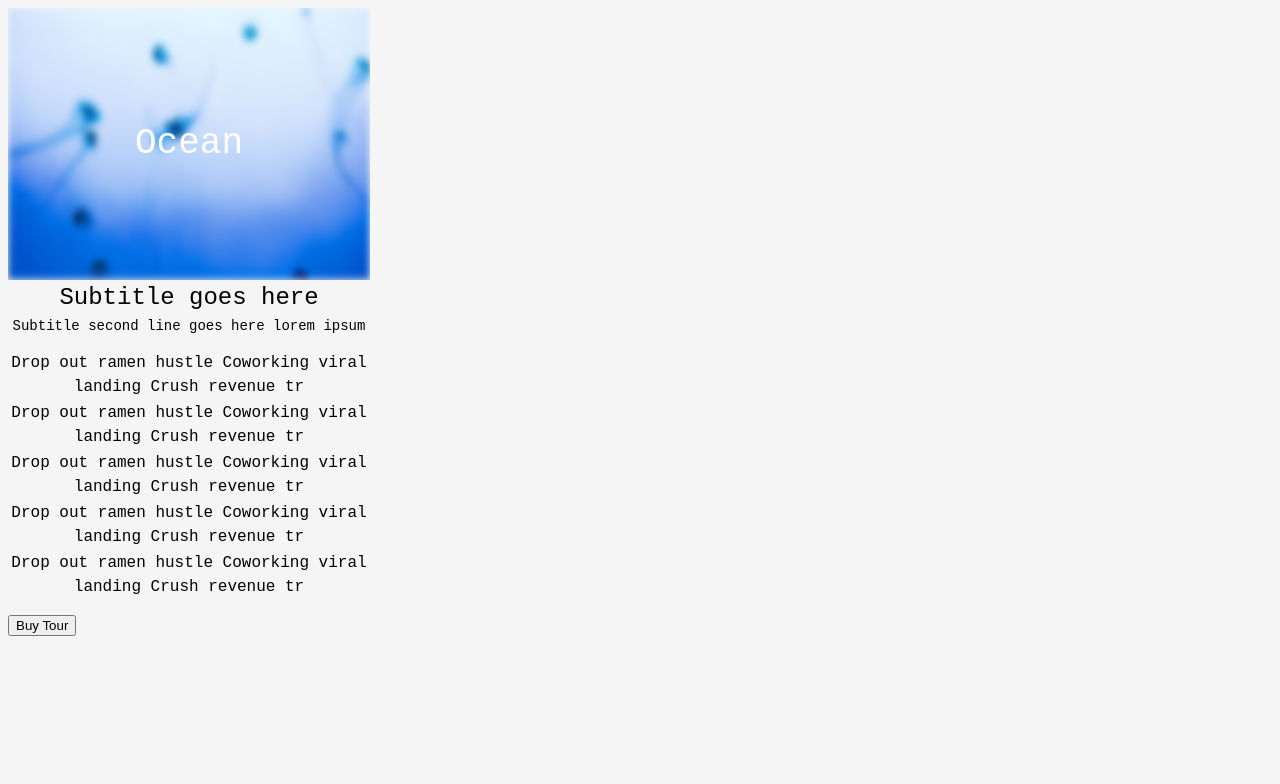
Repository: HoanTiny/pricetable
Page: index.html
The author's editor kept a copy of each file at every save. The page is drawn from the files as they stood at one save, then again after the next save.
The browser window is 1280 px wide. The pictures show the whole page.

Above is the page before, as saved 2022-07-04 10:10:18.

After the next save:
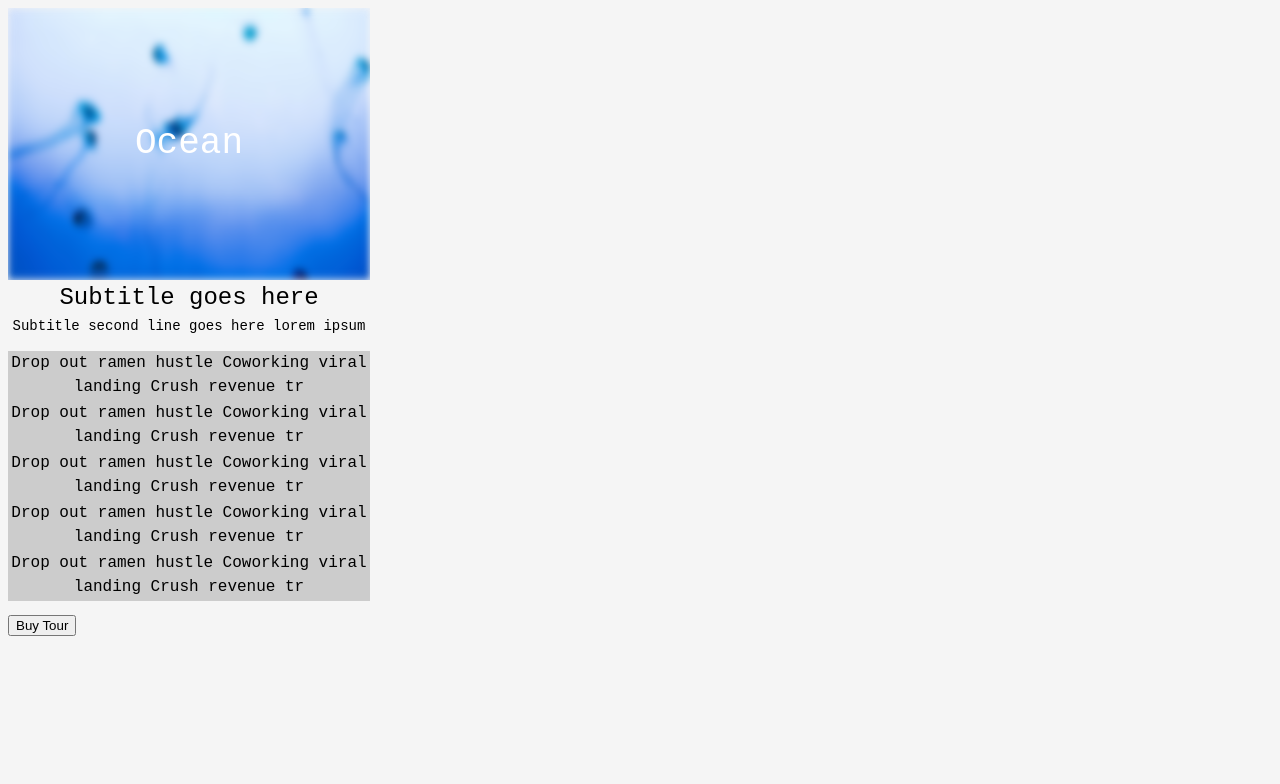
Saved 12 s later.
--- a/assests/css/style.css
+++ b/assests/css/style.css
@@ -60,4 +60,5 @@
 .title_list ul li {
     font-size: 16px;
     height: 50px;
+    background-color: #ccc;
 }

After the save that followed:
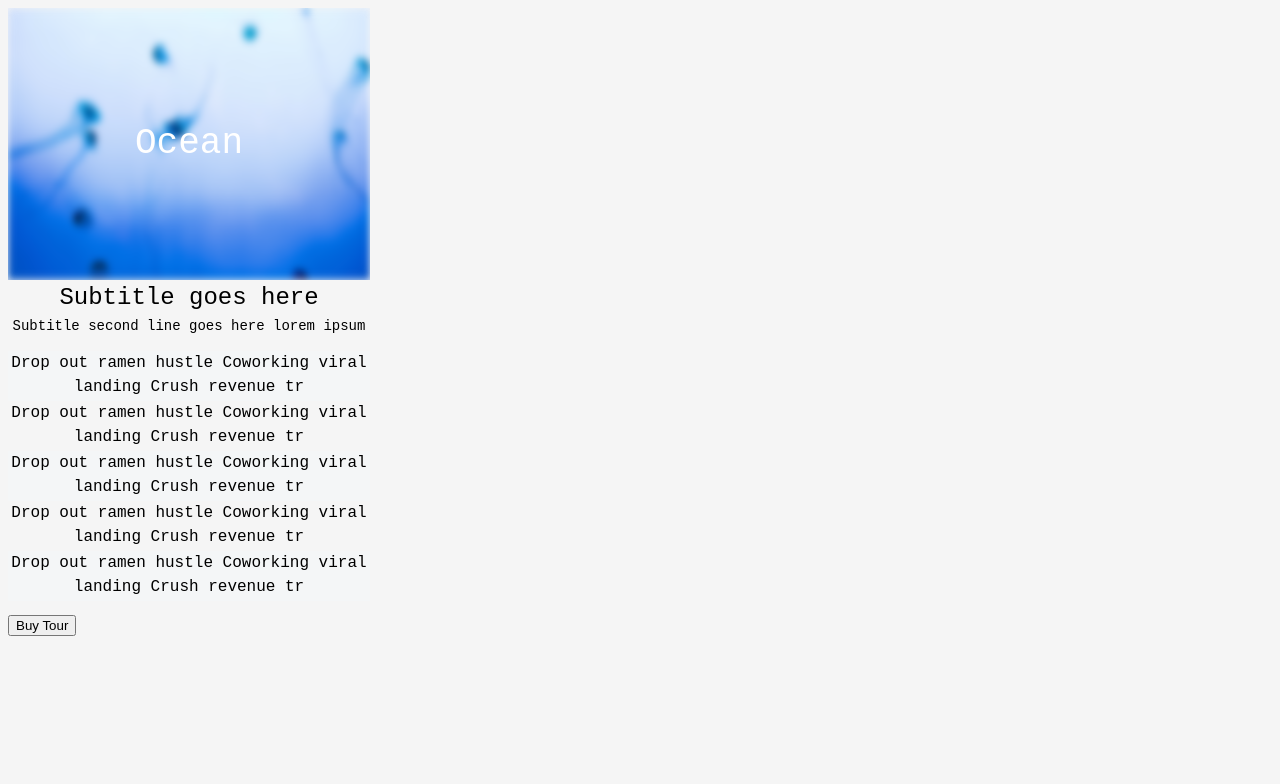
Saved 3 min 1 s later.
--- a/assests/css/style.css
+++ b/assests/css/style.css
@@ -60,5 +60,8 @@
 .title_list ul li {
     font-size: 16px;
     height: 50px;
-    background-color: #ccc;
 }
+
+.title_list ul li:nth-child(odd) {
+    background-color: #f4f6f7;
+}
